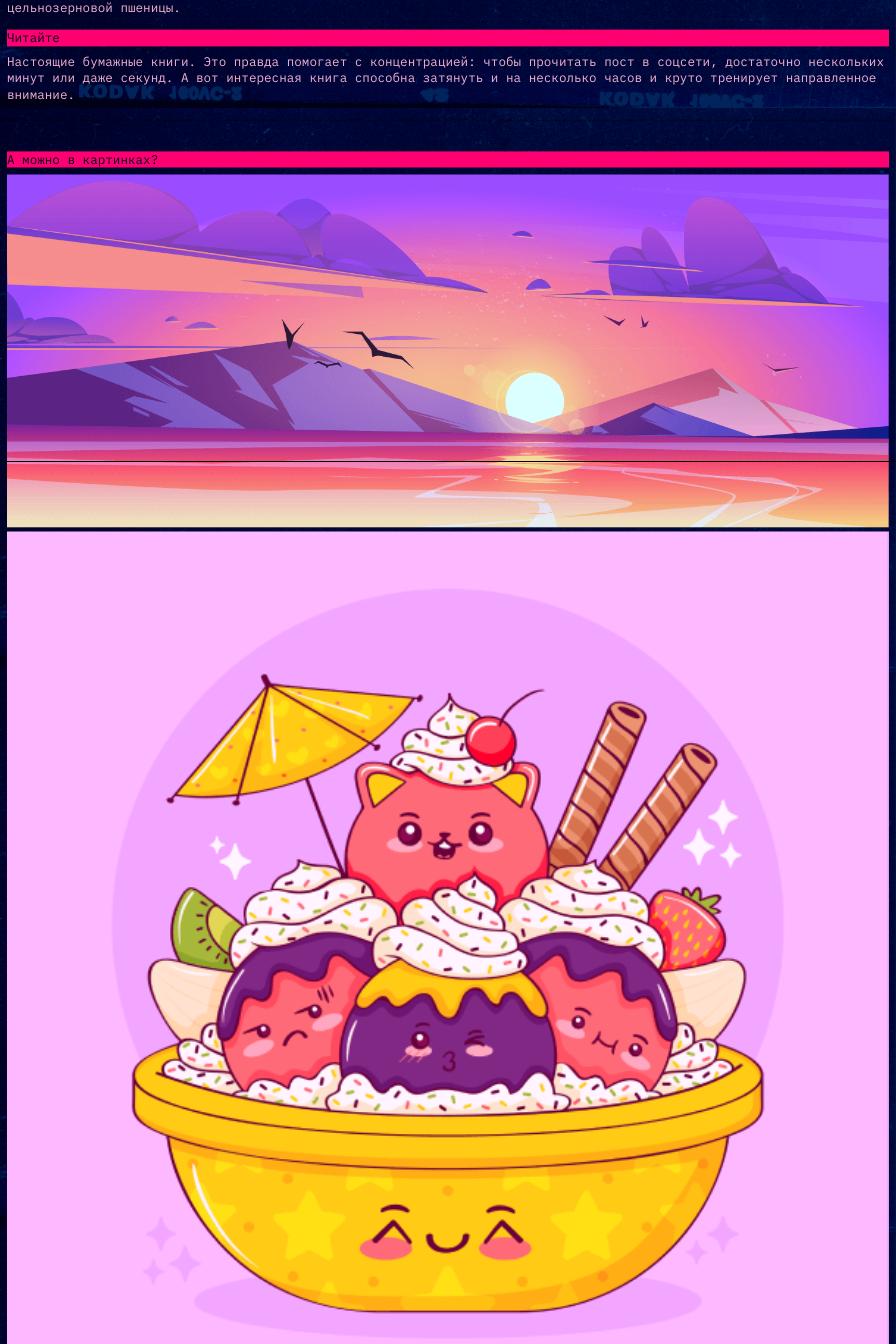
Repository: NikWolf75/slozhno-sosredotochitsya-fd
Page: index.html
The author's editor kept a copy of each file at every save. The page is drawn from the files as they stood at one save, then again after the next save.
The browser window is 1280 px wide. The pictures show the part of the page from y = 2245 to 4165 px (the page is 7946 px tall before and 26178 px after), at 70% of full size.
Backgrounds fixed to the window are drawn as part of the page.

Above is the page before, as saved 2025-02-27 11:37:45.

### index.html
<!DOCTYPE html>
<html lang="ru">
  <head>
    <meta charset="UTF-8" />
    <meta http-equiv="X-UA-Compatible" content="IE=edge" />
    <meta name="viewport" content="width=device-width, initial-scale=1.0" />
    <meta name="color-scheme" content="dark light" />
    <link rel="stylesheet" href="/fonts/fonts.css" />
    <link rel="stylesheet" href="/styles/globals.css" />
    <link rel="stylesheet" href="/styles/variables.css" />
    <link rel="stylesheet" href="/styles/style.css" />
    <link rel="stylesheet" href="/styles/dark.css" />
    <link rel="stylesheet" href="/styles/light.css" />
    <link rel="icon" href="image/favicon.ico" />
    <title>Сложно сосредоточиться</title>
    <script src="./scripts/script.js"></script>
  </head>
  <body class="page">
    <div class="rec_element" aria-hidden="true"></div>
    <header class="header decorated-zone">
      <nav class="header__theme-menu">
        <ul class="header__theme-menu-list">
          <li class="header__theme-menu-item">
            <button
              class="header__theme-menu-button header__theme-menu-button_type_light"
            >
              День
            </button>
          </li>
          <li class="header__theme-menu-item">
            <button
              class="header__theme-menu-button header__theme-menu-button_active header__theme-menu-button_type_auto"
              disabled
            >
              Авто
            </button>
          </li>
          <li class="header__theme-menu-item">
            <button
              class="header__theme-menu-button header__theme-menu-button_type_dark"
            >
              Неон
            </button>
          </li>
        </ul>
      </nav>
      <h1 class="header__title">no focus</h1>
      <div class="header__undertitle title-decor">
        <p>Что делать, когда не можешь делать ничего</p>
        <p>
          Или почему нам так сложно сконцентрироваться, особенно когда очень
          надо
        </p>
      </div>
    </header>
    <main class="content">
      <section class="content__section content__why">
        <h2 class="content__section-title"> Почему сосредоточиться так сложно
        </h2>
        <article class="content__section-text_block">
          <h3 class="content__section-text_block-undertitle title-decor">
            Многозадачность
          </h3>
          <p class="content__section-text_block-text">
            Особенно сложно сосредоточиться, когда задач много и все они —
            важные. Где же легендарная многозадачность, когда она так нужна вам
            (и всем нанимающим менеджерам этого мира)? А дело в том, что её
            просто не существует. Исследователи
            <a class="link-text" href="#0">выяснили</a>,
            что мозгу тяжело концентрироваться даже на двух делах одновременно.
            А когда в поле внимания попадает несколько важных задач, организм
            паникует и выделяет кортизол и адреналин — «гормоны стресса».
            Из-за этого мы работаем невнимательно: ошибаемся и быстро устаём.
          </p>
        </article>
        <article class="content__section-text_block">
          <h3 class="content__section-text_block-undertitle title-decor">
            Дофамин
          </h3>
          <p class="content__section-text_block-text">
            С гормонами стресса всё понятно, но дальше — ещё интереснее. В нашей
            невозможности сосредоточиться замешана и полная противоположность
            стрессу — дофамин. Это вещество участвует в системе вознаграждения
            мозга. Причём тут он? Мы часто отвлекаемся от важной задачи на
            что-то более «приятное» для мозгов. Например, смотрим лайки в
            соцсетях. В это время и выделяется дофамин — и мы чувствуем
            удовольствие. Получается замкнутый круг: чем больше отвлекаешься,
            тем больше удовольствия получаешь.
          </p>
        </article>
      </section>
      <section class="content__section content__what">
        <h2 class="content__section-title">
          Что снижает концентрацию внимания?
        </h2>
        <article class="content__section-text_block">
          <h3 class="content__section-text_block-undertitle title-decor">
            Многозадачность
          </h3>
          <p class="content__section-item-text">
            Как концентрация может снижаться из-за… концентрации? Любая
            стрессовая ситуация (и резко меняющийся мир в целом) заставляет наш
            мозг постоянно «сканировать» окружающую среду на предмет опасности.
            Например, читать новости вместо работы. Но быть собранными всё время
            — невозможно. Концентрация — мышца, и она может не выдержать, если
            не давать ей отдохнуть.
          </p>
        </article>
        <article class="content__section-text_block">
          <h3 class="content__section-text_block-undertitle title-decor">
            Еда
          </h3>
          <p class="content__section-text_block-text">
            «Быстрые углеводы» — сахар, белый хлеб, сладости — молниеносно
            доставляют в мозг энергию и помогают ему лучше работать. Но уходит
            эта энергия также быстро, как и приходит. А мы в результате попадаем
            на «углеводные качели»: как только действие «быстрых углеводов»
            заканчивается, мы чувствуем усталость и сонливость. И хотим ещё
            больше быстрых углеводов.
          </p>
        </article>
        <article class="content__section-text_block">
          <h3 class="content__section-text_block-undertitle title-decor">
            Гаджеты
          </h3>
          <p class="content__section-text_block-text">
            Да-да, это та самая ситуация, когда на экране ноутбука — код, в
            наушниках — подкаст, а на компьютере фоном — ещё и видео с забавными
            утятами. В результате мозг пытается переключиться с одной задачи на
            другую — и просто не может. А чтобы вернуться к состоянию полной
            концентрации, человеку в среднем нужно 20 минут. Вот и получается,
            что чем больше времени мы проводим в гаджетах, тем больше времени
            затем нужно, чтобы вернуться к работе.
          </p>
        </article>
      </section>
      <section class="content__section content_how">
        <h2 class="content__section-title">
          Как концентрироваться лучше, чем золотая рыбка (то есть дольше трёх
          секунд)
        </h2>
        <article class="content__section-text_block">
          <h3
            class="content__section-text_block-undertitle tips-undertitle title-decor"
          >
            5 простых (на самом деле не очень) советов
          </h3>
          <h4 class="content__section-text_block-undertitle title-decor">
            Представьте небо и облака
          </h4>
          <p class="content__section-text_block-text">
            Или листья в ручье. Тут дело в лёгкой медитации, которая помогает
            успокоиться. Ведь часто именно тревожные мысли о сложных задачах как
            раз и мешают эти сложные задачи делать. В такие моменты можно
            закрыть глаза и представить, что чистое небо — это вы, а облака —
            тревожные мысли. И сколько бы их ни было — ясное небо всегда будет
            где-то там, за тучами, и никуда не денется. Это упражнение поможет
            вернуться в настоящий момент, а не волноваться о потенциальных
            проблемах из будущего.
          </p>
        </article>
        <article class="content__section-text_block">
          <h4 class="content__section-text_block-undertitle title-decor">
            Включите музыку
          </h4>
          <p class="content__section-text_block-text">
            Но не любую, и не любимую. Любимая может быть связана с сильными
            положительными эмоциями, которые тоже очень сильно отвлекают.
            Подойдёт тихая, спокойная, умеренно-ритмичная. Можно вообще
            попробовать включить плейлист с «белым шумом» или нейромузыкой.
          </p>
        </article>
        <article class="content__section-text_block">
          <h4 class="content__section-text_block-undertitle title-decor">
            Прогуляйтесь
          </h4>
          <p class="content__section-text_block-text">
            Или даже пробегитесь. Лучше найти парк или лес: один эксперимент
            <a class="link-text" href="#0">показал</a>, что созерцание природы повышает концентрацию, в то время
            как после просмотра городских пейзажей она наоборот понижается.
            Можно совместить прогулку с физическими упражнениями или бегом — так
            в мозг поступит ещё больше кислорода и он будет лучше работать. Но и
            простая двадцатиминутная прогулка — тоже отличный вариант.
          </p>
        </article>
        <article class="content__section-text_block">
          <h4 class="content__section-text_block-undertitle title-decor">
            Хорошо ешьте
          </h4>
          <p class="content__section-text_block-text">
            Мы — не ваша бабушка, но это правда важно. Выбирайте продукты,
            которые препятствуют резким скачкам сахара в крови. Например, с
            высоким содержанием клетчатки: овощи, ягоды, бобовые (нут, чечевица,
            фасоль), коричневый рис, хлеб из цельнозерновой пшеницы.
          </p>
        </article>
        <article class="content__section-text_block">
          <h4 class="content__section-text_block-undertitle title-decor">
            Читайте
          </h4>
          <p class="content__section-text_block-text">
            Настоящие бумажные книги. Это правда помогает с концентрацией: чтобы
            прочитать пост в соцсети, достаточно нескольких минут или даже
            секунд. А вот интересная книга способна затянуть и на несколько
            часов и круто тренирует направленное внимание.
          </p>
        </article>
      </section>
      <section class="content__section content__gallery">
        <h2 class="content__section-text_block-undertitle title-decor">
          А можно в картинках?
        </h2>
        <div class="content_section-images_gallery">
          <img
            class="content__section-image"
            src="./images/sunset.png"
            alt="Вид острова на закате"
            loading="lazy"
          />
          <img
            class="content__section-image"
            src="./images/ice-cream.png"
            alt="Чаша с мороженным"
            loading="lazy"
          />
          <img
            class="content__section-image"
            src="./images/tape.png"
            alt="Кассета"
            loading="lazy"
          />
          <img
            class="content__section-image"
            src="./images/books.png"
            alt="Стопка книг"
            loading="lazy"
          />
          <img
            class="content__section-image"
            src="./images/street.png"
            alt="Улица"
            loading="lazy"
          />
        </div>
      </section>
    </main>
    <footer class="footer decorated-zone">
      <h2 class="footer__title">focus</h2>
    </footer>
  </body>
</html>

### styles/variables.css
:root {
  --title-color: #ff0070;
  --main-font: 'IBM Plex mono';
  --main-font-size: 18px;
  --title-font-weight: 700;
  --text-font-weight: 400;
  --main-padding-small: 10px;
}

### styles/style.css
.page {
  font-family: var(--main-font, 'IBM Plex mono');
  font-size: var(--main-font-size, 18px);
  block-size: min-content;
  position: relative;
  font-weight: 400;
  background-color: var(--main-background-color, #000028 );
  background-image: var(--main-background-image, url("../images/cover-image-dark.png"));
  background-repeat: no-repeat;
  background-attachment: fixed;
  background-position: center;
  background-size: cover;
  line-height: 1.3em;
  color: var(--main-font-color, #F1B2CE);
 }

.decorated-zone {
  position: relative;
}

.decorated-zone::after,
.decorated-zone::before {
  position: absolute;
  inline-size: 25px;
  block-size: 25px;
  content: "";
  border: 1px solid var(--corner-color);
}

.decorated-zone::after {
  bottom: 10px;
  left: 10px;
  border-bottom: 1px solid var(--rectangle-color, #ff0070);
  border-left: 1px solid var(--rectangle-color, #ff0070);
}

.decorated-zone::before {
  top: 10px;
  right: 10px;
  border-top: 1px solid var(--rectangle-color, #ff0070);
  border-right: 1px solid var(--rectangle-color, #ff0070);
}

.rec_element {
  position: absolute;
  display: flex;
  align-items: center;
  justify-content: center;
  top: 10px;
  right: 20px;
  color: var(--rec-theme-color, #ff0070);
  gap: 10px;
}

.rec_element:before {
  content: "REC";
}

.rec_element:after {
  display: block;
  content: "";
  border-radius: 50%;
  background: var(--accent-color, #ff0070);
  width: 10px;
  height: 10px;
  box-shadow: 0 0 4px 2px var(--accent-color, #ff0070)
}

.header {
  display: grid;
  grid-template-columns: 1fr;
  grid-template-rows: 1fr min-content 1fr;
  align-items: center;
  position: relative;
  block-size: min(668px, 100vh);
  padding: var(--main-padding-small, 10px);
  margin-block-end: 40px;
 }

.header__theme-menu-list {
  display: flex;
  flex-direction: column;
  align-items: end;
  block-size: 100%;
  row-gap: 10px;
}

.header__theme-menu-button {
  text-align: center;
  background: transparent;
  color: var(--button-text-color);
  border: none;
  text-transform: lowercase;
  padding-right: 13px;
  padding-left: 13px;
}

.header__theme-menu-bitton:hover {
  outline: 1px solid var(--button-outline-color)
}

.header__theme-menu-button_active {
  outline: 1px solid var(--button-theme-color, #ff0070);
}

.header__theme-menu-button:focus {
  outline: none;
  text-decoration: underline;
}

.header__title {
  font-size: clamp(7.25rem, 7.0115rem + 1.0178vw, 7.5rem);
  line-height: 83%;
  color: var(--accent-color-title, #db00ff);
  text-shadow: 4px 4px 0 var(--accent-color, #ff0070);
  cursor: default;
}

.header__undertitle {
  font-size: var(--main-font), monospace;
  font-weight: var(--title-font-weight, 700);
  border-bottom: none;
  border-left: none;
}

.title-decor {
  color: var(--undertitle-color, #000028);
  background-color: var(--title-color, #ff0070);
}

.content {
  display: grid;
  padding: 0 var(--main-padding-small, 10px);
  grid-template-columns: 1fr;
  gap: 50px;
}

.content__section {
  display: grid;
  grid-template-columns: 1fr;
  row-gap: 20px;
}

.content__section-title {
  justify-self: start;
  color: var(--title-color, #ff0070);
}

.content__section-text_block-undertitle,
.content__section-title {
  font-size: var(--main-font-size, 18px);
  font-weight: var(--title-font-weight, 700);
}

.content__section-text_block-undertitle {
  margin-block-end: 10px;
  height: min-content;
}

.content__section-text_block-text {
  font-weight: var(--text-font-weight, 400);
}

.link-text {
  text-decoration: none;
  text-shadow: 2px 1px var(--accent-color, #ff0070);
}

.link-text:hover {
  cursor: pointer;
  border-block-end: 1px solid currentColor;
}

.link-text:focus-visible {
  border: 1px solid currentColor;
}

.content_how,
.tips-undertitle {
  font-weight: var(--title-font-weight, 400);
  margin-block-end: 20px;
}

.content__how,
.content__section-text_block-undertitle {
  font-weight: 400;
}

.content__gallery {
  gap: 0;
}

.content__section-images_gallery {
  display: grid;
  grid-template-columns: repeat(auto-fill, minmax(355px, 1fr));
  gap: 10px;
  inline-size: 100%;
}

.content__section-image {
  object-fit: cover;
  inline-size: 100%;
}

.footer {
  position: relative;
  display: grid;
  block-size: 100vh;
  min-block-size: 668px;
  grid-template-columns: 1fr;


}

.footer__title {
  font-size: var(--title-font-size-small, clamp(7.25rem, 7.0115rem + 1.0178vw, 7.5rem));
  font-weight: var(--title-font-weight, 700);
  line-height: 95.7%;
  align-self: center;
  cursor: default;
  color: var(--accent-color-title, #db00ff);
  text-shadow: 2px 2px 0 var(--accent-color, #ff0070);
  justify-self: center;

}

### scripts/script.js
(function initTheme() {
  const theme = localStorage.getItem('theme');
  if (theme) {
    setTheme(theme);
  }
})();

document.addEventListener('DOMContentLoaded', () => {
  const currentTheme = [...document.documentElement.classList]
    .find((cn) => cn.startsWith('theme-'))
    ?.replace('theme-', '');
  const themeButtons = [
    ...document.querySelectorAll('.header__theme-menu-button'),
  ];
  setActiveButton(themeButtons, currentTheme);

  themeButtons.forEach((button) => {
    button.addEventListener('click', () => {
      const chosenTheme = [...button.classList]
        .find((cn) => cn.includes('_type_'))
        .split('_type_')[1];
      setTheme(chosenTheme);
      setActiveButton(themeButtons, chosenTheme);
    });
  });
});

function setTheme(theme) {
  document.documentElement.className = '';
  document.documentElement.classList.add(`theme-${theme}`);
  localStorage.setItem('theme', theme);
}

function setActiveButton(buttonsArray, theme) {
  buttonsArray.forEach((button) => {
    button.classList.remove('header__theme-menu-button_active');
    button.removeAttribute('disabled');
  });
  const target = buttonsArray.find((button) =>
    button.classList.contains(`header__theme-menu-button_type_${theme}`)
  );
  if (target) {
    target.classList.add('header__theme-menu-button_active');
    target.setAttribute('disabled', true);
  } else {
    const autoButton = document.querySelector(
      '.header__theme-menu-button_type_auto'
    );
    autoButton.classList.add('header__theme-menu-button_active');
    autoButton.setAttribute('disabled', true);
  }
}

Loaded but not shown: fonts/fonts.css (common file); styles/globals.css (common file); styles/dark.css (common file); styles/light.css (common file)

After the next save:
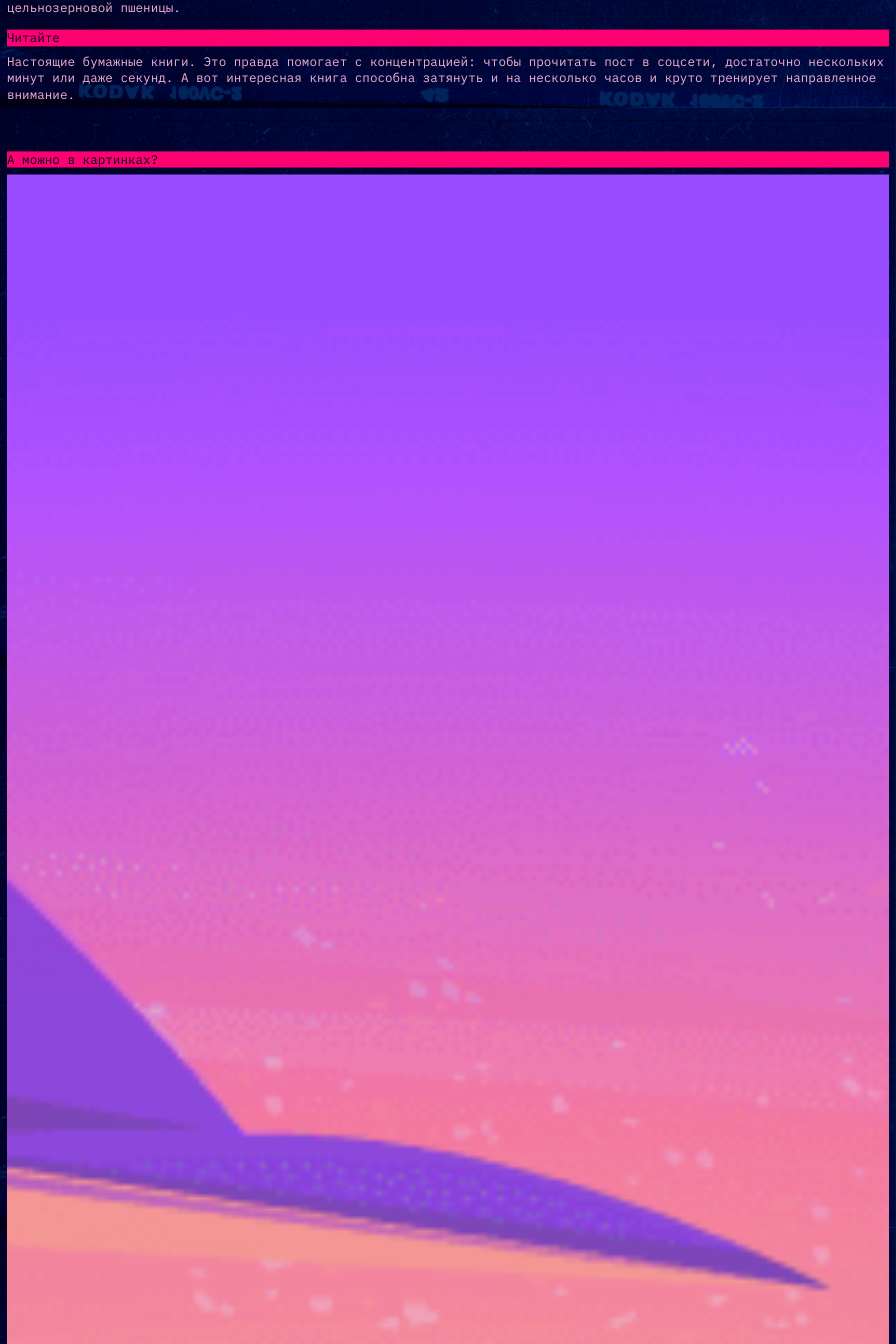
Saved 15 s later.
--- a/styles/style.css
+++ b/styles/style.css
@@ -200,6 +200,7 @@
 .content__section-image {
   object-fit: cover;
   inline-size: 100%;
+  block-size: 100%;
 }
 
 .footer {
